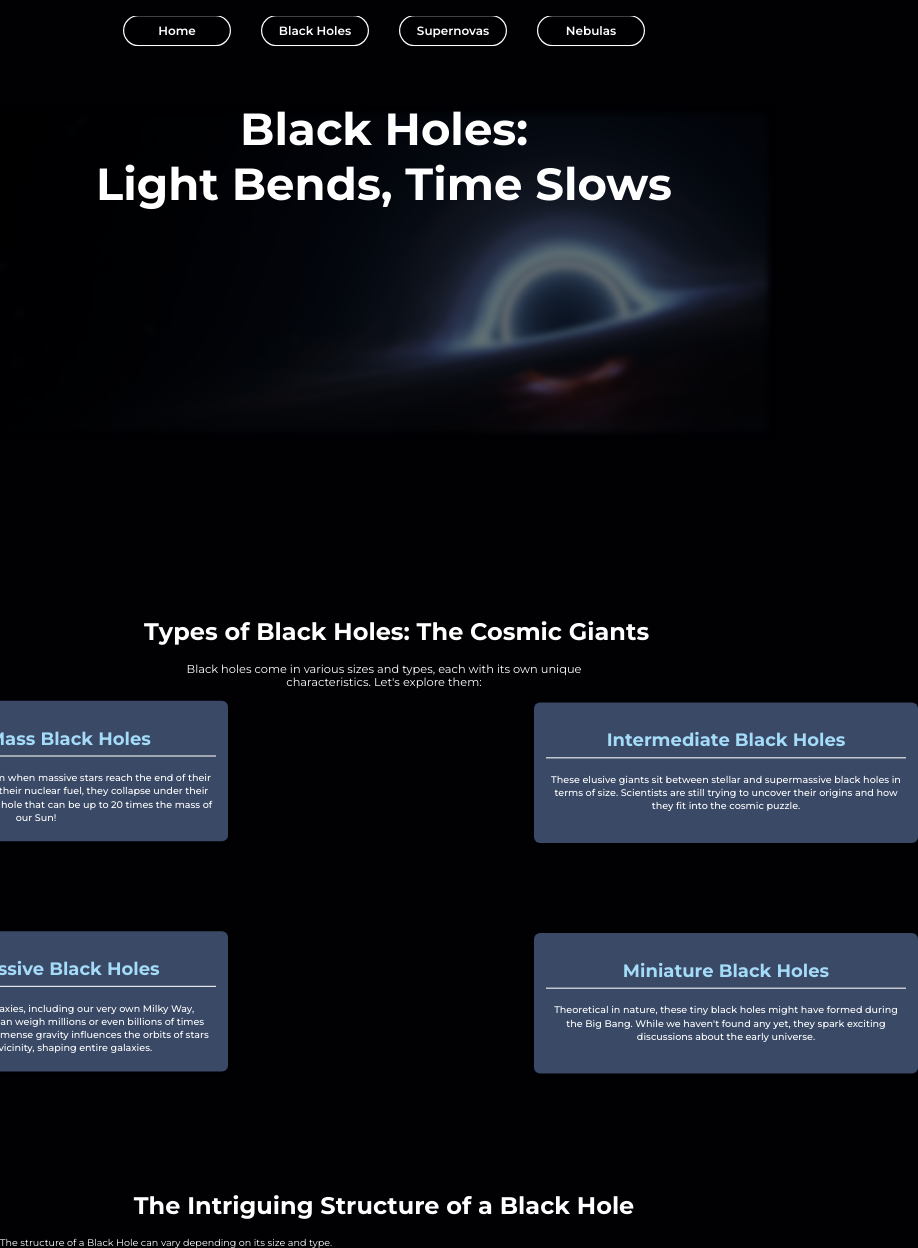
Repository: english-only/Space-Website
Page: black_hole.html
An editor plug-in stored every save of this project. The page is shown before and after a run of saves, followed by the edit.
The browser window is 1280 px wide. The page is 1530 px wide, so the pictures cover 1530 px, including what lies to the right of the window. The pictures show the whole page, at 60% of full size.
Backgrounds fixed to the window are drawn as part of the page.

Above is the page before, as saved 2025-04-14 13:19:08.

After the next 2 saves:
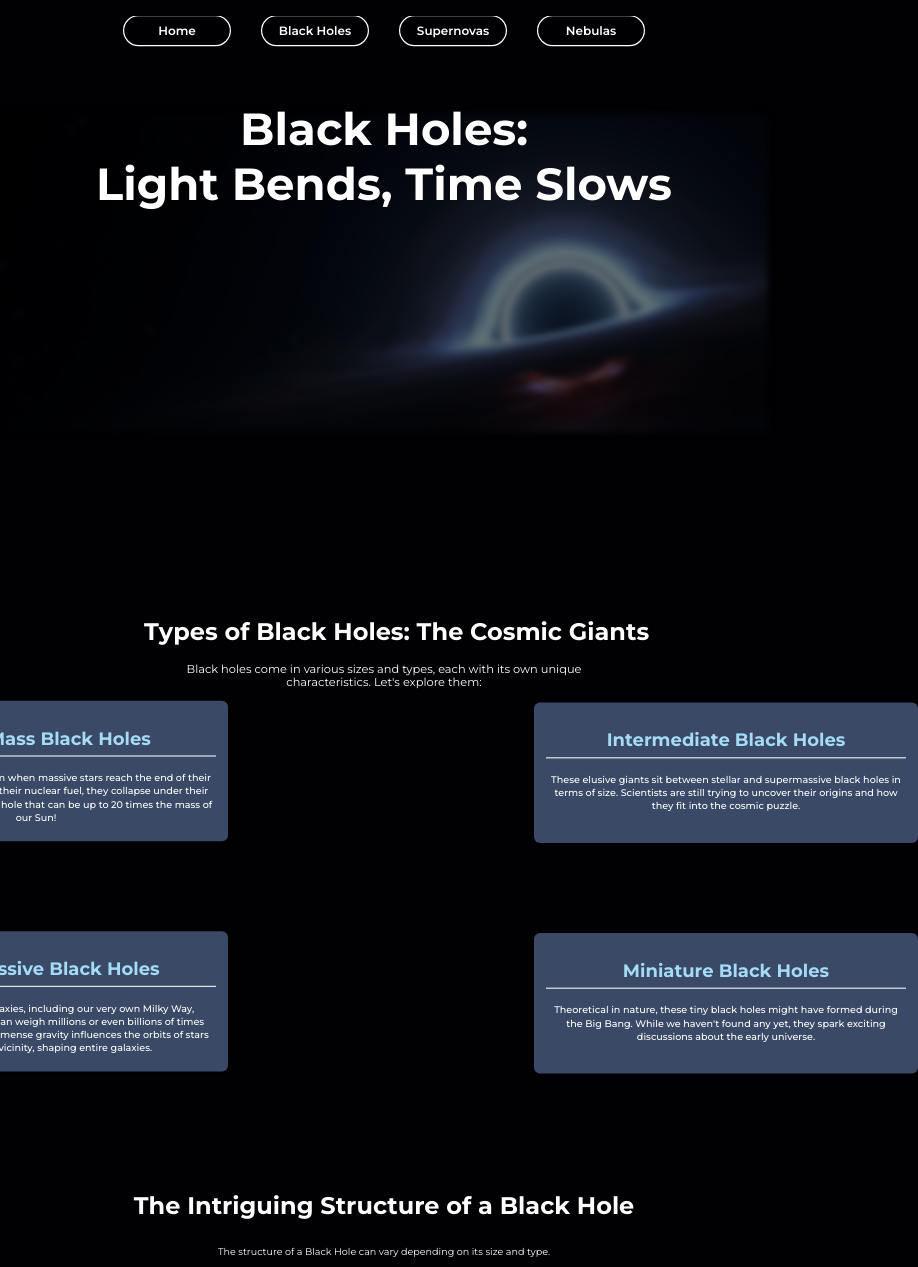
The 2 saves are shown as one change because they came seconds apart.
The last was saved 5 s later.
--- a/main.css
+++ b/main.css
@@ -435,7 +435,12 @@ h1 {
   animation: fadeIn 1s ease-in;
 }
 
-.dik
+.idk {
+  display: flex;
+  justify-content: center;
+  align-items: center;
+  height: 100%;
+}
 
 @keyframes fadeIn {
   from {
